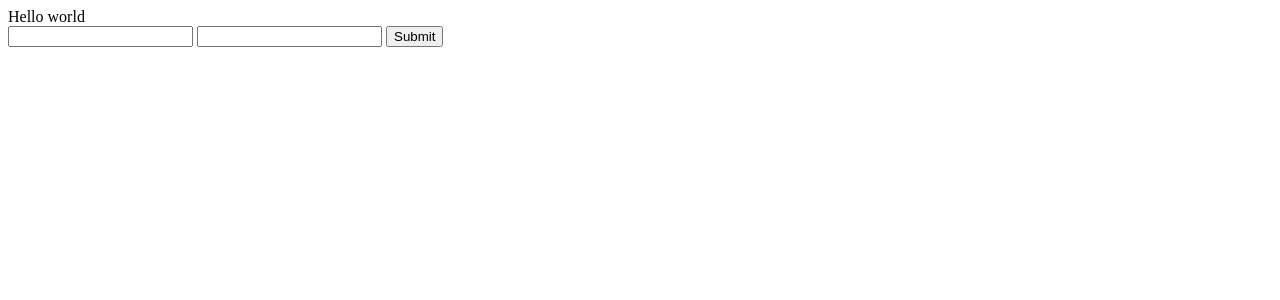
Repository: mijin99/lecture-evaluation
Page: http://localhost/Hello_World/
The author's editor kept a copy of each file at every save. The page is drawn from the files as they stood at one save, then again after the next save.
The browser window is 1280 px wide. The pictures show the whole page.
The page is served by Tomcat 9.

Above is the page before, as saved 2020-12-14 07:46:09.

After the next save:
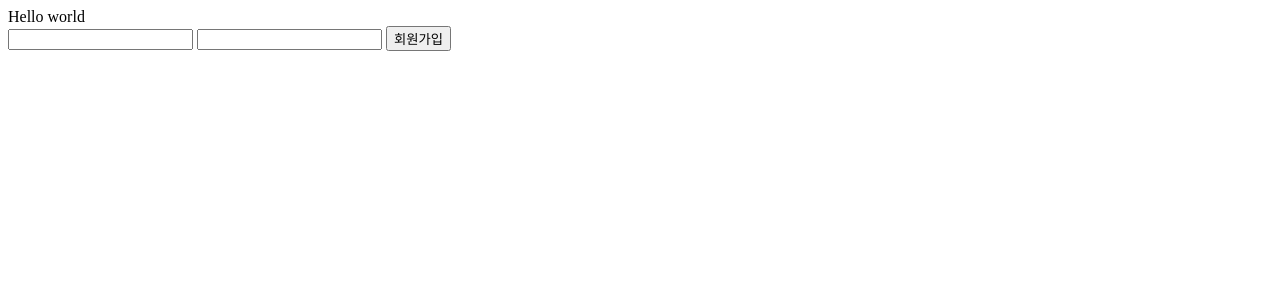
Saved 18 s later.
--- a/Hello World/WebContent/index.jsp
+++ b/Hello World/WebContent/index.jsp
@@ -11,7 +11,7 @@
 	<form action="./userJoinAction.jsp" method="post">
 		<input type="text" name="userID">
 		<input type="text" name="userPassword">
-		<input type="submit" vlaue="회원가입">
+		<input type="submit" value="회원가입">
 	</form>
 </body>
 </html>
